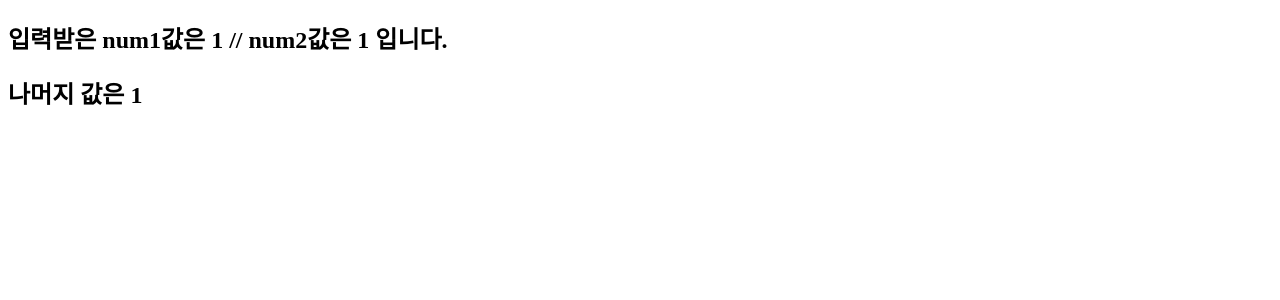
Repository: redi961/JSP_Studying
Page: http://localhost/MustHaveJSP/Calc.jsp
These files come from the project's save history. The page is drawn as it stood at one moment and after the next save; the edit follows.
The browser window is 1280 px wide. The pictures show the whole page.
The page is served by Tomcat 9. Other server files are loaded and not shown.

Above is the page before, as saved 2022-10-06 04:04:54.

### MustHaveJSP/src/main/webapp/Calc.jsp
<%@ page language="java" contentType="text/html; charset=UTF-8"
    pageEncoding="UTF-8"%>
<%
int num1 = 1;
int num2 = 1;

String snum1 = request.getParameter("num1");
String snum2 = request.getParameter("num2");

if(snum1!=null && snum1.equals("")==false) {
	num1 = Integer.parseInt(snum1);
}
if(snum2!=null && snum2.equals("")==false) {
	num2 = Integer.parseInt(snum2);
}

int max;
int min;

max = (num1<num2)?num2:num1;
min = (num1<num2)?num1:num2;

int rem = max%min;
while(rem != 0) {
	max = min;
	min = rem;
	rem = max%min;
}


%>
<!DOCTYPE html>
<html>
<head>
<meta charset="UTF-8">
<title>Insert title here</title>
</head>
<body>
<!-- 주소 뒤 ? 변수= 변수입력을 통하여 변수 변경 가능 -->
<h2>입력받은 num1값은 <%=num1%> // num2값은 <%=num2%> 입니다.</h2>
<h2>나머지 값은 <%= min %></h2>

</body>
</html>

After the next save:
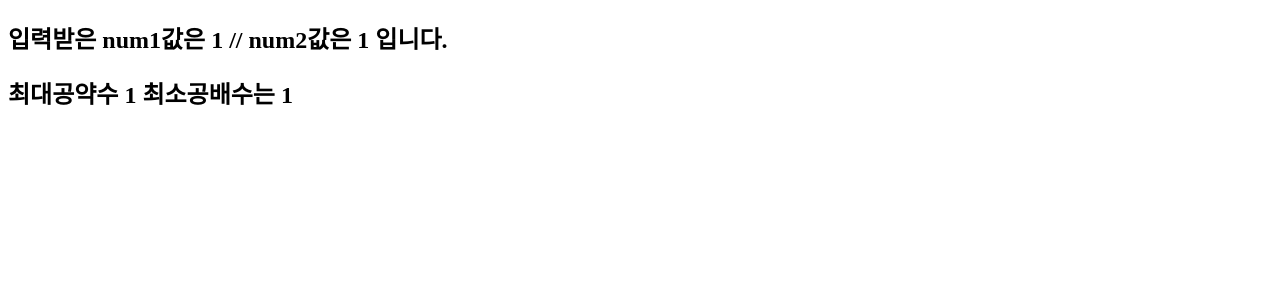
Saved 34 s later.
--- a/MustHaveJSP/src/main/webapp/Calc.jsp
+++ b/MustHaveJSP/src/main/webapp/Calc.jsp
@@ -38,7 +38,7 @@ while(rem != 0) {
 <body>
 <!-- 주소 뒤 ? 변수= 변수입력을 통하여 변수 변경 가능 -->
 <h2>입력받은 num1값은 <%=num1%> // num2값은 <%=num2%> 입니다.</h2>
-<h2>나머지 값은 <%= min %></h2>
+<h2>최대공약수 <%= min %> 최소공배수는 <%= (num1*num2)/min %></h2>
 
 </body>
 </html>
